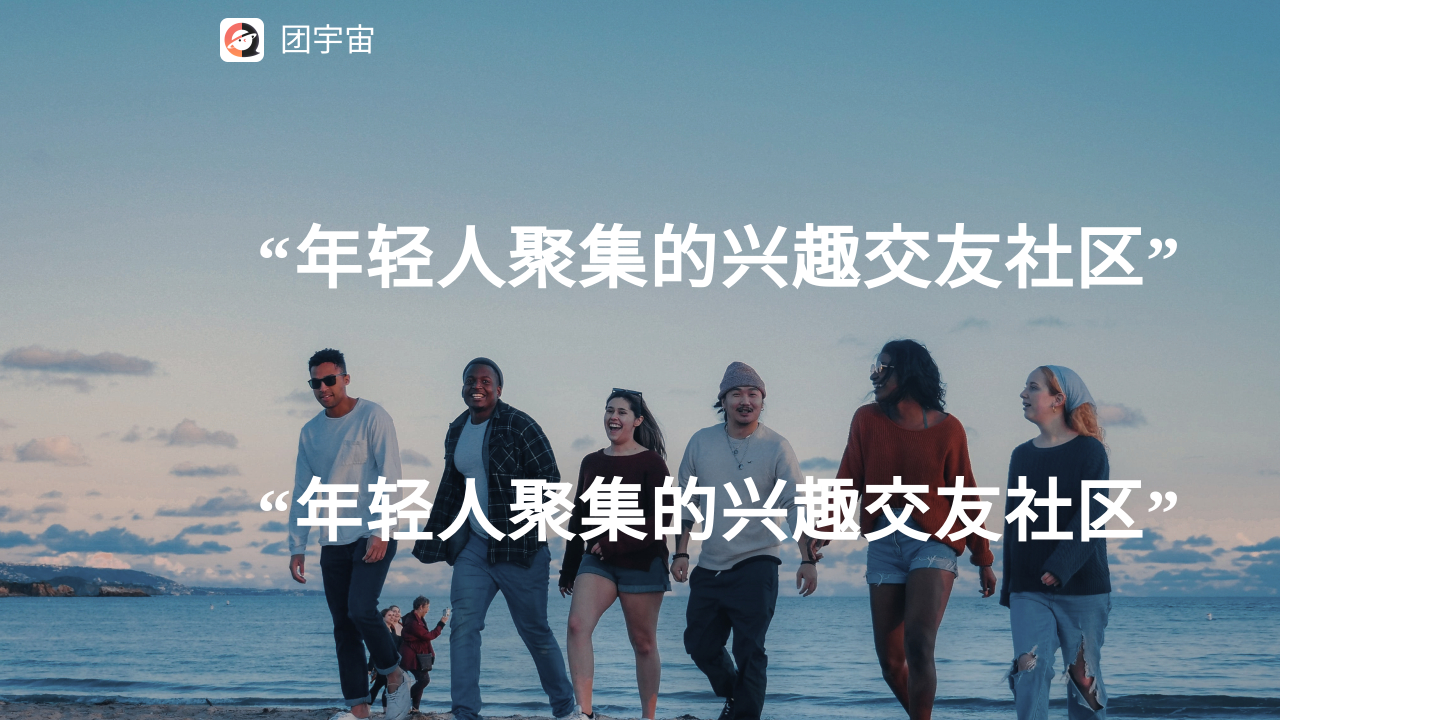
Repository: SanpLee/tyz
Page: homePage/index.html
These files come from the project's save history. The page is drawn as it stood at one moment and after the next save; the edit follows.
The browser window is 1280 px wide. The page is 1440 px wide, so the pictures cover 1440 px, including what lies to the right of the window. The pictures show the whole page.

Above is the page before, as saved 2022-05-24 19:44:04.

### homePage/index.html
<!DOCTYPE html>
<html lang="en">
<head>
    <meta charset="UTF-8">
    <meta http-equiv="X-UA-Compatible" content="IE=edge">
    <meta name="description" content="团宇宙是一款为不同群体提供专属服务的社群社交APP，年轻人聚集的兴趣交友社区">
    <link rel="shortcut icon" href="/favicon.ico" type="image/x-icon">
    <title>团宇宙</title>
    <link href="css/index.css" rel="stylesheet">
</head>
<body>
    <div class="bg">
        <div class="main">
            <div class="sc-top clearfix">
                <div class="logo left"></div>
                <div class="name left">团宇宙</div>
            </div>
            <div class="sc-des1">“年轻人聚集的兴趣交友社区”</div>
            <div class="sc-des1">“年轻人聚集的兴趣交友社区”</div>
        </div>
    </div>

    <script type="text/javascript">
        // 设置元素高度为浏览器可视区域高度
        document.querySelectorAll('.main')[0].style.height= document.documentElement.clientHeight + 'px'
    </script>
</body>
</html>

### homePage/css/index.css
* {
  padding: 0;
  margin: 0;
}
body {
  font: 12px/1.5 Microsoft YaHei,Heiti SC,tahoma,arial,Hiragino Sans GB,"\5B8B\4F53",sans-serif;
  background: #fff;
  color: #000;
}
ol,ul,li {
  list-style: none;
}
img {
  vertical-align: top;
  border: 0;
}

input::-moz-focus-inner {
  border-color: transparent !important;
}

table {
  border-collapse: collapse;
  table-layout: fixed;
  word-break: break-all; /*固定表格宽度，不被撑开*/
}

input[type="button"]:hover,input[type="submit"]:hover {
  cursor: pointer;
}

.left{
    float: left;
}
.right{
    float: right;
}
/*清除浮动*/
.clearfix:after {
  content: "020";
  display: block;
  height: 0;
  clear: both;
  visibility: hidden;
}
.clearfix {
  /* 触发 hasLayout */
  zoom: 1;
}
/* rest css end */

/* page css */
.bg{
  width: 100%;
  height: 100%;
  background-image: url(../images/bg.jpg);
  background-color: white;
  background-position: center top;
  background-repeat: no-repeat;
}
.main {
  width:1440px;
  height: 100%;
  margin: 0 auto;
}
.sc-top {
   padding: 18px 0 0 220px;
}
.sc-top .logo{
    width: 44px;
    height: 44px;
    background-image: url(../images/ic_logo.png);
    background-repeat: no-repeat;
}
.sc-top .name{
    font-size: 32px;
    font-family: Noto Sans SC-Medium, Noto Sans SC;
    font-weight: 500;
    color: #FFFFFF;
    height: 44px;
    line-height: 44px;
    padding-left: 16px;
}
.sc-des1{
    padding-top:158px;
    height: 95px;
    font-size: 68px;
    font-family: PingFang SC-Semibold, PingFang SC;
    font-weight: 600;
    color: #FFFFFF;
    line-height: 80px;
    letter-spacing: 3px;
    text-align: center;
}
.sc-des2{
    padding-top:100px;
    height: 41px;
    font-size: 29px;
    font-family: PingFang SC-Regular, PingFang SC;
    font-weight: 400;
    color: #EEEEEE;
    line-height: 34px;
    letter-spacing: 5px;
    text-align: center;
}

After the next save:
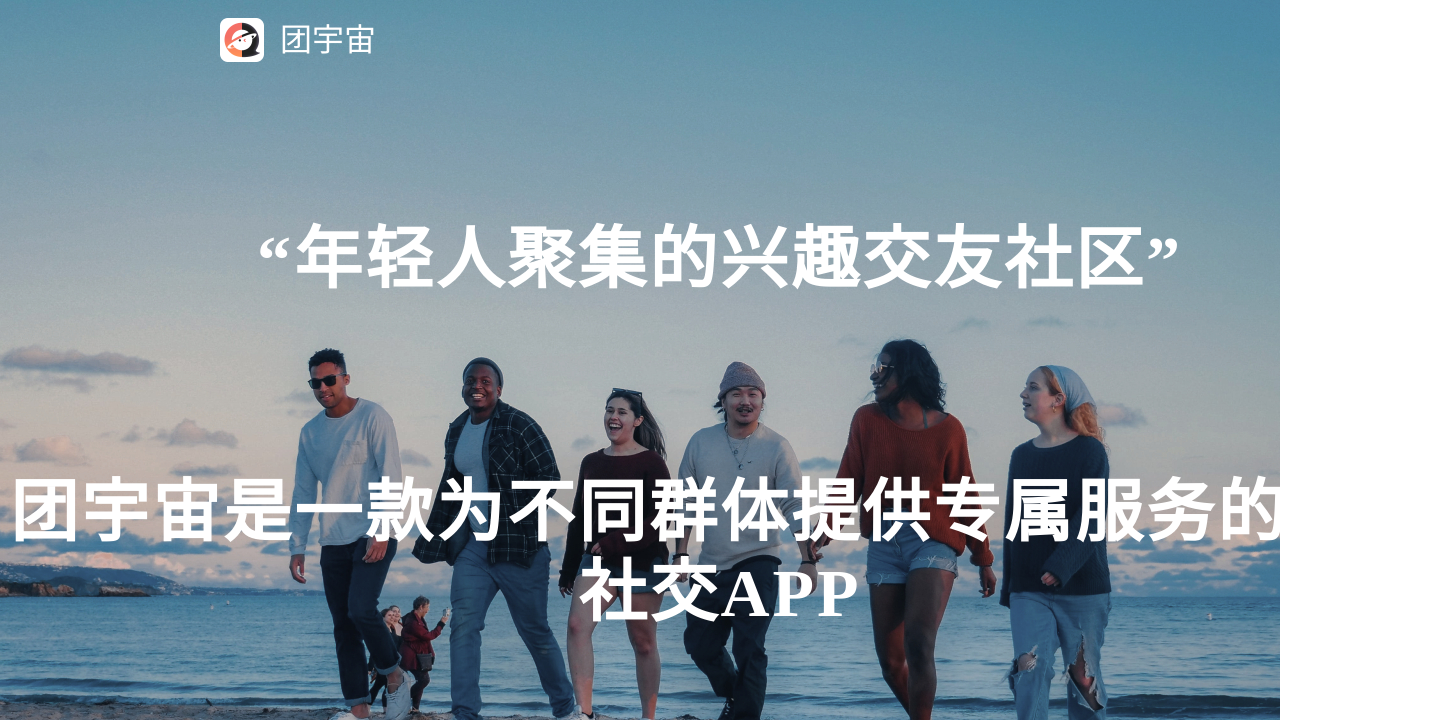
Saved 12 s later.
--- a/homePage/index.html
+++ b/homePage/index.html
@@ -16,7 +16,7 @@
                 <div class="name left">团宇宙</div>
             </div>
             <div class="sc-des1">“年轻人聚集的兴趣交友社区”</div>
-            <div class="sc-des1">“年轻人聚集的兴趣交友社区”</div>
+            <div class="sc-des1">团宇宙是一款为不同群体提供专属服务的社群社交APP</div>
         </div>
     </div>
 
